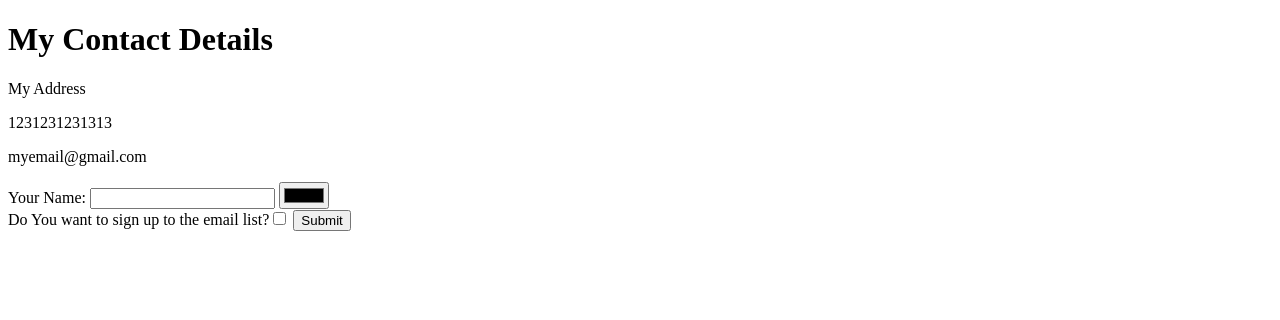
Repository: Isanderr/simple_landing_page-1
Page: contact.html
An editor plug-in stored every save of this project. The page is shown before and after the next save, followed by the edit.
The browser window is 1280 px wide. The pictures show the whole page.

Above is the page before, as saved 2019-01-28 23:27:31.

### contact.html
<!DOCTYPE html>
<html lang="en">

    <head>
        <meta charset="UTF-8">
        <meta name="viewport" content="width=device-width, initial-scale=1.0">
        <meta http-equiv="X-UA-Compatible" content="ie=edge">
        <title>ContactMe</title>
    </head>

    <body>
        <h1>My Contact Details</h1>
        <p>My Address</p>
        <p>1231231231313</p>
        <p>myemail@gmail.com</p>
        <form action="">
            <label for="">Your Name:</label>
            <input type="text">
            <input type="color">
            <br> Do You want to sign up to the email list?<input type="checkbox">
            <input type="submit">
        </form>
    </body>

</html>

After the next save:
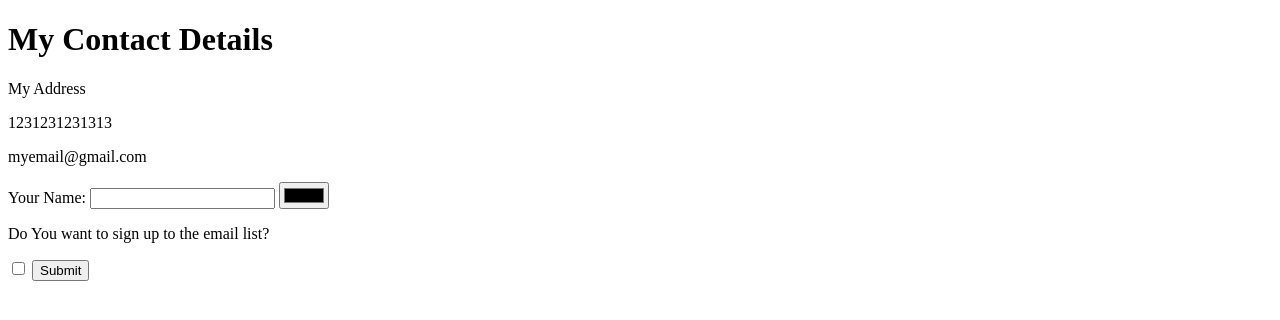
Saved 33 s later.
--- a/contact.html
+++ b/contact.html
@@ -17,7 +17,8 @@
             <label for="">Your Name:</label>
             <input type="text">
             <input type="color">
-            <br> Do You want to sign up to the email list?<input type="checkbox">
+            <br>
+            <p>Do You want to sign up to the email list?</p><input type="checkbox">
             <input type="submit">
         </form>
     </body>
